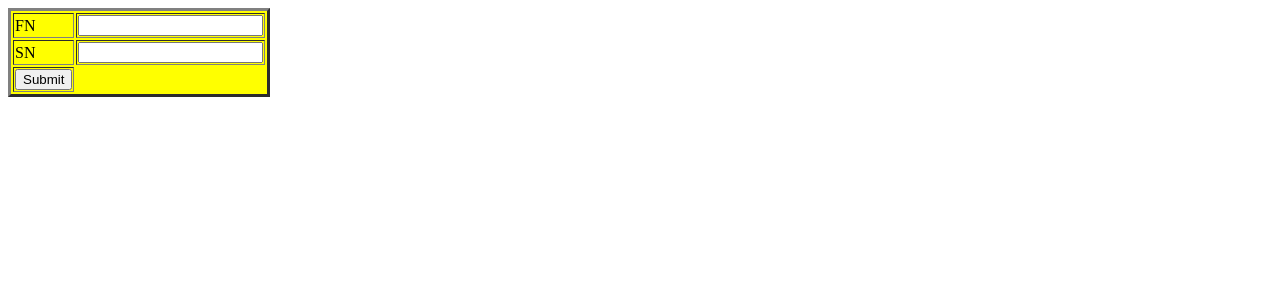
Repository: nadeem-fullstack-developer/jsp
Page: http://localhost/BRESTWebCL/home.jsp
An editor plug-in stored every save of this project. The page is shown before and after the next save, followed by the edit.
The browser window is 1280 px wide. The pictures show the whole page.
The page is served by Tomcat 9. Other server files are loaded and not shown.

Above is the page before, as saved 2024-06-16 04:54:44.

### BRESTWebCL/src/main/webapp/home.jsp
<%@ page language="java" contentType="text/html; charset=ISO-8859-1"
	pageEncoding="ISO-8859-1"%>
<!DOCTYPE html>
<html>
<head>
<meta charset="ISO-8859-1">
<title>Insert title here</title>
</head>


<script type="text/javascript">

	function getSum() {
		var fNum = document.getElementById("fn").value;
		var sNum = document.getElementById("sn").value;

		var h;
		if(window.XMLHttpRequest)
			{
				h= new XMLHttpRequest();
			}else
				{
					h= new ActiveXObject("Microsoft.XMLHTTP");
				}

		h.onreadystatechange = function()
		{
			if(h.readyState==4 && h.status==200)
				{
					document.getElementById("tt").innerHTML=h.responseText;
				}
			}
		h.open("GET" , "ajax?mobb="+mob,true);
		h.send();
	}

</script>




<body>

	<form action="add">
		<table border="3" bgcolor="yellow">
			<tr>
				<td>FN</td>
				<td><input type="text" name="fn"></td>
			</tr>
			<tr>
				<td>SN</td>
				<td><input type="text" name="sn"></td>
			</tr>
			<tr>

				<td><input type="submit" name="SUM"></td>
			</tr>

		</table>
	</form>
</body>
</html>

After the next save:
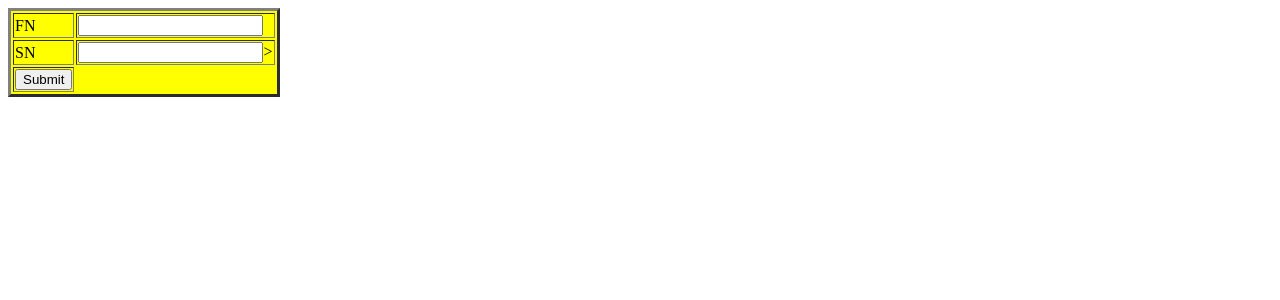
Saved 4 min 5 s later.
--- a/BRESTWebCL/src/main/webapp/home.jsp
+++ b/BRESTWebCL/src/main/webapp/home.jsp
@@ -11,8 +11,8 @@
 <script type="text/javascript">
 
 	function getSum() {
-		var fNum = document.getElementById("fn").value;
-		var sNum = document.getElementById("sn").value;
+		var fn = document.getElementById("firstNum").value;
+		var sn = document.getElementById("secNum").value;
 
 		var h;
 		if(window.XMLHttpRequest)
@@ -45,11 +45,11 @@
 		<table border="3" bgcolor="yellow">
 			<tr>
 				<td>FN</td>
-				<td><input type="text" name="fn"></td>
+				<td><input type="text" name="fn" id="firstNum"></td>
 			</tr>
 			<tr>
 				<td>SN</td>
-				<td><input type="text" name="sn"></td>
+				<td><input type="text" name="sn" id="secNum">></td>
 			</tr>
 			<tr>
 
